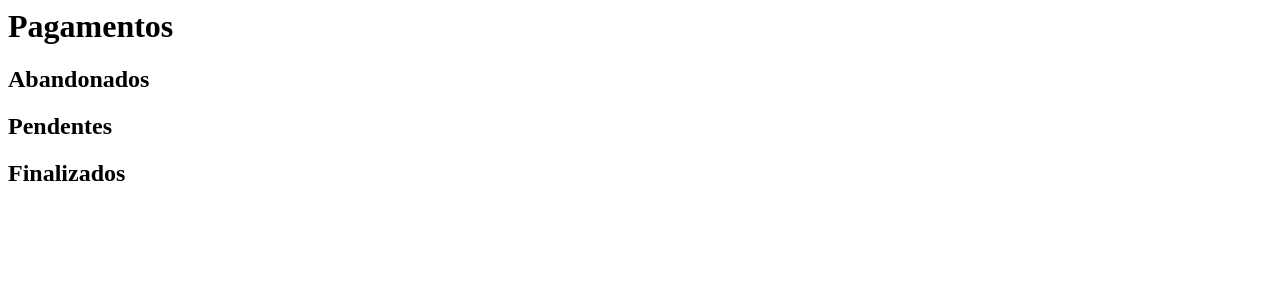
Repository: organicos/organicos.github.io
Page: partials/payments/payments.html
The author's editor kept a record of every edit. The page is drawn from the files as they stood at one moment, then again after the next edit.
The browser window is 1280 px wide. The pictures show the whole page.

Above is the page before.

After the next edit:
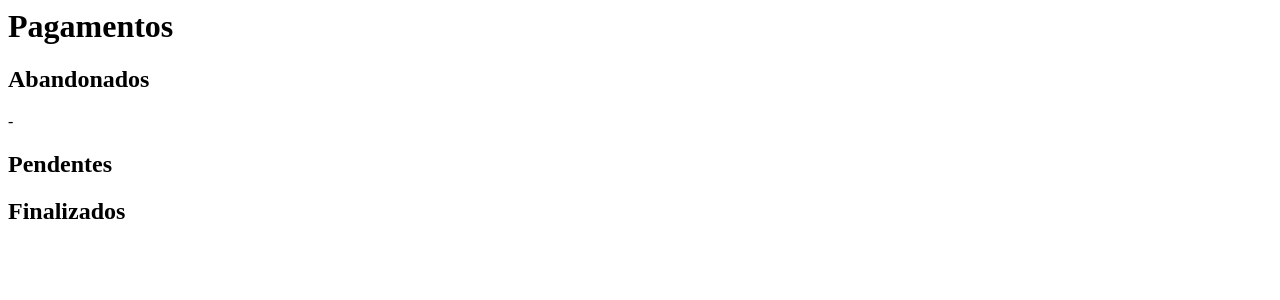
The edit:
--- a/partials/payments/payments.html
+++ b/partials/payments/payments.html
@@ -1,9 +1,9 @@
 <h1>Pagamentos</h1>
 
 <h2>Abandonados</h2>
-<div ng-repeat="payment in payments">
-    <span ng-bind="payment.transaction[0].code[0]">
-
+<div ng-repeat="payment in payments.abandoneds">
+    <span ng-bind="payment.transaction[0].code[0]"></span> -
+    <strong ng-bind="payment.transaction[0].reference[0]"></strong>
 </div>
 
 <h2>Pendentes</h2>
